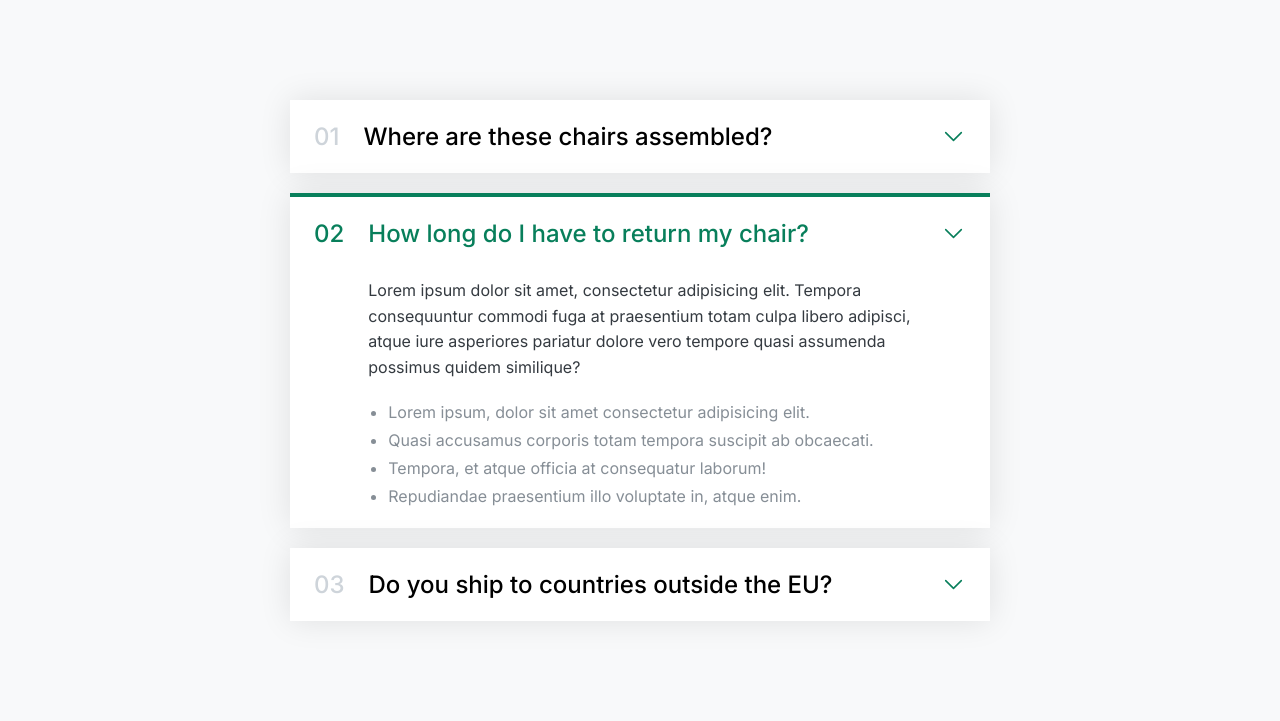
Repository: Ahmed123rezk123/06-Components
Page: accordion.html
These files come from the project's save history. The page is drawn as it stood at one moment and after the next save; the edit follows.
The browser window is 1280 px wide. The pictures show the whole page.

Above is the page before, as saved 2024-09-16 03:13:53.

After the next save:
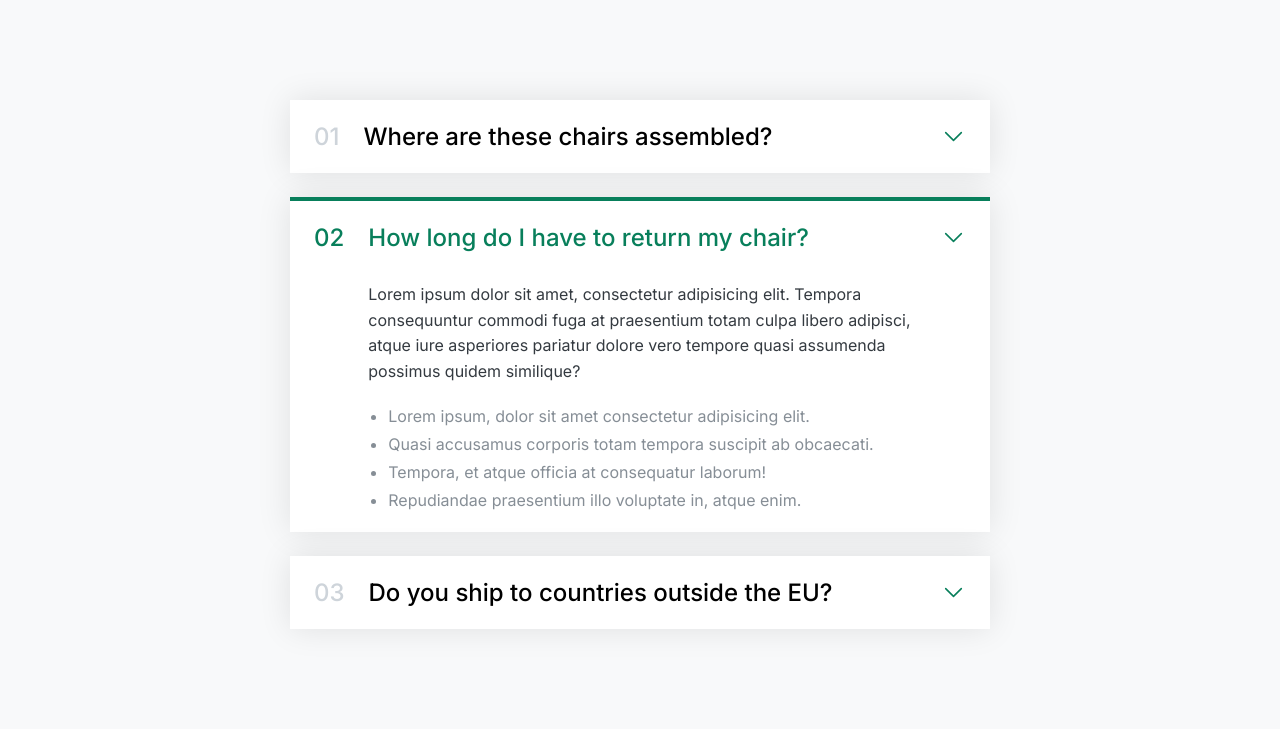
Saved 99 s later.
--- a/accordion.css
+++ b/accordion.css
@@ -15,6 +15,9 @@ body {
 .accordion {
   width: 700px;
   margin: 100px auto;
+  display: flex;
+  flex-direction: column;
+  gap: 24px;
 }
 
 .item {
@@ -26,7 +29,6 @@ body {
   row-gap: 32px;
   box-shadow: 0 0 32px rgba(0, 0, 0, 0.1);
   align-items: center;
-  margin-bottom: 20px;
 }
 .number,
 .text {
@@ -65,11 +67,3 @@ body {
   flex-direction: column;
   gap: 12px;
 }
-/*
-.hidden-box li {
-  margin-bottom: 10px;
-} */
-
-.last {
-  margin-bottom: 0;
-}
